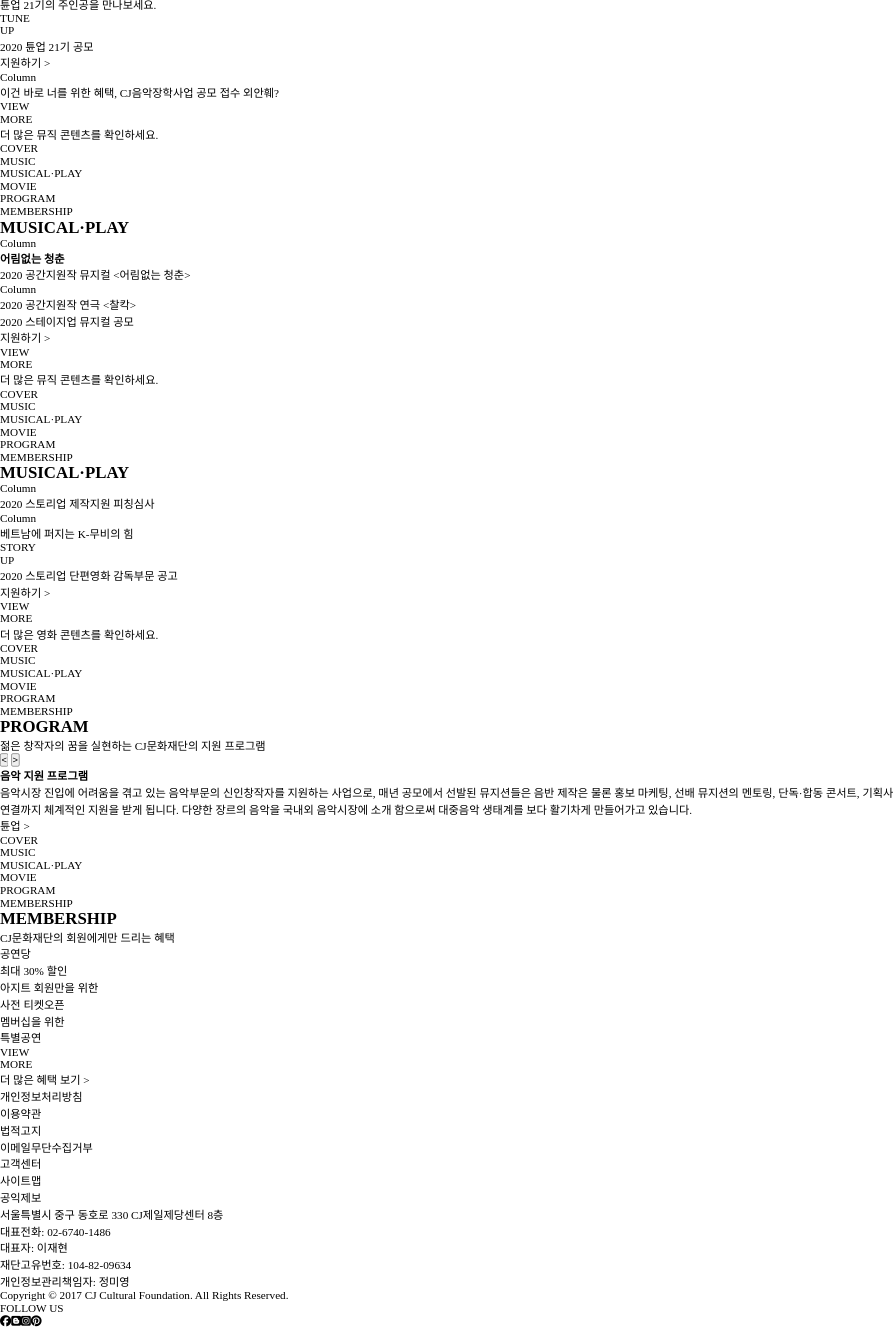
Repository: godcl1623/Tutorials
Page: 습작/CJazit/cjazit-index.html
An editor plug-in stored every save of this project. The page is shown before and after the next save, followed by the edit.
The browser window is 1280 px wide. The pictures show the part of the page from y = 1003 to 2923 px (the page is 2899 px tall before and 2923 px after), at 70% of full size.
Some web libraries are served in a nearby version.

Above is the page before, as saved 2021-01-12 22:45:45.

### 습작/CJazit/cjazit-index.html
<!DOCTYPE html>
<html lang="kr">
<head>
  <meta charset="UTF-8">
  <meta name="viewport" content="width=device-width, initial-scale=1.0">
  <title>CJ문화재단</title>
  <link rel="stylesheet" href="cjazit-style.css">
  <script src="https://kit.fontawesome.com/126dba6a94.js" crossorigin="anonymous"></script>
</head>
<body>
  <nav>
    <div class="logo-place"></div>
    <ul class="menu-main">
      <li>컬쳐플레이스
        <ul class="menu-sub">
          <li>음악</li>
          <li>뮤지컬, 연극</li>
          <li>영화</li>
        </ul>
      </li>
      <li>창작자 지원
        <ul class="menu-sub">
          <li>튠업</li>
          <li>스테이지업</li>
          <li>스토리업</li>
          <li>CJ음악장학사업</li>
          <li>한중청년꿈키움단편영화제</li>
          <li>유재하음악경연대회</li>
        </ul>
      </li>
      <li>CJ아지트
        <ul class="menu-sub">
          <li>CJ아지트 소개</li>
          <li>CJ아지트 광흥창</li>
          <li>CJ아지트 대학로</li>
          <li>공연 예매</li>
          <li>멤버십 혜택</li>
          <li>아지트 오시는 길</li>
        </ul>
      </li>
      <li>재단 소개
        <ul class="menu-sub">
          <li>CJ문화재단</li>
          <li>연혁</li>
          <li>소식</li>
          <li>이벤트</li>
        </ul>
      </li>
    </ul>
    <div class="utility">
      <div class="language">
        <span><p>KOR</p></span>
        <span><p>ENG</p></span>
      </div>
      <div class="utility-icons">
        <div><i class="far fa-user"></i></div>
        <div><i class="fas fa-ticket-alt"></i></div>
        <div><i class="fas fa-search"></i></div>
      </div>
    </div>
  </nav>
  <header>
    <ul class="sidebar">
      <li>COVER</li>
      <li>MUSIC</li>
      <li>MUSICAL·PLAY</li>
      <li>MOVIE</li>
      <li>PROGRAM</li>
      <li>MEMBERSHIP</li>
    </ul>
    <div class="main-image"></div>
    <div class="welcom-box">
      <h1>당신의 꿈을 믿습니다</h1>
      <p>CJ문화재단은 젊은 창작자의 문화꿈지기가 되어 건강한 문화 생태계를 만들어갑니다.</p>
      <button>CJ문화재단 소개</button>
    </div>
  </header>
  <article class="article1-music">
    <ul class="sidebar">
      <li>COVER</li>
      <li>MUSIC</li>
      <li>MUSICAL·PLAY</li>
      <li>MOVIE</li>
      <li>PROGRAM</li>
      <li>MEMBERSHIP</li>
    </ul>
    <div class="article-1-contents-wrapper">
      <h1>MUSIC</h1>
      <div class="article-1-images-wrapper">
        <div class="article-1-image-contents">
          <div class="article-1-image-commentary">
            <p>Column</p>
            <p>튠업 21기의 주인공을 만나보세요.</p>
          </div>
        </div>
        <div class="article-1-image-contents">
          <div class="article-1-image-commentary">
            <p>TUNE<br>UP</p>
            <p>2020 튠업 21기 공모</p>
            <p>지원하기 ></p>
          </div>
        </div>
        <div class="article-1-image-contents">
          <div class="article-1-image-commentary">
            <p>Column</p>
            <p>이건 바로 너를 위한 혜택, CJ음악장학사업 공모 접수 외안훼?</p>
          </div>
        </div>
        <div class="article-1-image-contents">
          <div class="article-1-image-commentary">
            <p>VIEW<br>MORE</p>
            <p>더 많은 뮤직 콘텐츠를 확인하세요.</p>
          </div>
        </div>
      </div>
    </div>
  </article>
  <article class="article2-musical-play">
    <ul class="sidebar">
      <li>COVER</li>
      <li>MUSIC</li>
      <li>MUSICAL·PLAY</li>
      <li>MOVIE</li>
      <li>PROGRAM</li>
      <li>MEMBERSHIP</li>
    </ul>
    <div class="article-2-contents-wrapper">
      <h1>MUSICAL·PLAY</h1>
      <div class="article-2-images-wrapper">
        <div class="article-2-image-contents">
          <div class="article-2-image-commentary">
            <p>Column</p>
            <h4>어림없는 청춘</h4>
            <p>2020 공간지원작 뮤지컬 &lt;어림없는 청춘&gt;</p>
          </div>
        </div>
        <div class="article-2-image-contents">
          <div class="article-2-image-commentary">
            <p>Column</p>
            <p>2020 공간지원작 연극 &lt;찰칵&gt;</p>
          </div>
        </div>
        <div class="article-2-image-contents">
          <div class="article-2-image-commentary">
            <p>2020 스테이지업 뮤지컬 공모</p>
            <p>지원하기 ></p>
          </div>
        </div>
        <div class="article-2-image-contents">
          <div class="article-2-image-commentary">
            <p>VIEW<br>MORE</p>
            <p>더 많은 뮤직 콘텐츠를 확인하세요.</p>
          </div>
        </div>
      </div>
    </div>
  </article>
  <article class="article-3-movie">
    <ul class="sidebar">
      <li>COVER</li>
      <li>MUSIC</li>
      <li>MUSICAL·PLAY</li>
      <li>MOVIE</li>
      <li>PROGRAM</li>
      <li>MEMBERSHIP</li>
    </ul>
    <div class="article-3-contents-wrapper">
      <h1>MUSICAL·PLAY</h1>
      <div class="article-3-images-wrapper">
        <div class="article-3-image-contents">
          <div class="article-3-image-commentary">
            <p>Column</p>
            <p>2020 스토리업 제작지원 피칭심사</p>
          </div>
        </div>
        <div class="article-3-image-contents">
          <div class="article-3-image-commentary">
            <p>Column</p>
            <p>베트남에 퍼지는 K-무비의 힘</p>
          </div>
        </div>
        <div class="article-3-image-contents">
          <div class="article-3-image-commentary">
            <p>STORY<br>UP</p>
            <p>2020 스토리업 단편영화 감독부문 공고</p>
            <p>지원하기 ></p>
          </div>
        </div>
        <div class="article-3-image-contents">
          <div class="article-3-image-commentary">
            <p>VIEW<br>MORE</p>
            <p>더 많은 영화 콘텐츠를 확인하세요.</p>
          </div>
        </div>
      </div>
    </div>
  </article>
  <article class="article-4-program">
    <ul class="sidebar">
      <li>COVER</li>
      <li>MUSIC</li>
      <li>MUSICAL·PLAY</li>
      <li>MOVIE</li>
      <li>PROGRAM</li>
      <li>MEMBERSHIP</li>
    </ul>
    <div class="article-4-contents-wrapper">
      <div class="article-4-summary">
        <h1>PROGRAM</h1>
        <p>젊은 창작자의 꿈을 실현하는 CJ문화재단의 지원 프로그램</p>
      </div>
      <div class="article-4-contents-specific">
        <div class="button-box">
          <button class="previous">&lt;</button>
          <button class="next">&gt;</button>
        </div>
        <div class="article-4-text-box">
          <div class="article-4-text-box-specific">
            <div class="article-4-program-icon"></div>
            <div class="article-4-program-specific">
              <h4>음악 지원 프로그램</h4>
              <p>음악시장 진입에 어려움을 겪고 있는 음악부문의 신인창작자를 지원하는 사업으로, 매년 공모에서 선발된 뮤지션들은 음반 제작은 물론 홍보 마케팅, 선배 뮤지션의 멘토링, 단독·합동 콘서트, 기획사 연결까지 체계적인 지원을 받게 됩니다. 다양한 장르의 음악을 국내외 음악시장에 소개 함으로써 대중음악 생태계를 보다 활기차게 만들어가고 있습니다.</p>
            </div>
          </div>
          <p>튠업 ></p>
        </div>
      </div>
    </div>
  </article>
  <article class="article-5-membership">
    <ul class="sidebar">
      <li>COVER</li>
      <li>MUSIC</li>
      <li>MUSICAL·PLAY</li>
      <li>MOVIE</li>
      <li>PROGRAM</li>
      <li>MEMBERSHIP</li>
    </ul>
    <div class="article-5-contents-wrapper">
      <div class="article-5-summary">
        <h1>MEMBERSHIP</h1>
        <p>CJ문화재단의 회원에게만 드리는 혜택</p>
      </div>
      <div class="article-5-images-wrapper">
        <div class="article-5-image-contents">
          <div class="article-5-image-commentary">
            <p>공연당<br>최대 30% 할인</p>
          </div>
        </div>
        <div class="article-5-image-contents">
          <div class="article-5-image-commentary">
            <p>아지트 회원만을 위한<br>사전 티켓오픈</p>
          </div>
        </div>
        <div class="article-5-image-contents">
          <div class="article-5-image-commentary">
            <p>멤버십을 위한<br>특별공연</p>
          </div>
        </div>
        <div class="article-5-image-contents">
          <div class="article-5-image-commentary">
            <p>VIEW<br>MORE</p>
            <p>더 많은 혜택 보기 ></p>
          </div>
        </div>
      </div>
    </div>
  </article>
  <footer>
    <div class="sitemap">
      <p>개인정보처리방침</p>
      <p>이용약관</p>
      <p>법적고지</p>
      <p>이메일무단수집거부</p>
      <p>고객센터</p>
      <p>사이트맵</p>
      <p>공익제보</p>
    </div>
    <div class="company-info">
      <div>
        <p>서울특별시 중구 동호로 330 CJ제일제당센터 8층</p>
        <p>대표전화: 02-6740-1486</p>
      </div>
      <div>
        <p>대표자: 이재현</p>
        <p>재단고유번호: 104-82-09634</p>
        <p>개인정보관리책임자: 정미영</p>
      </div>
      <div>
        <p>Copyright © 2017 CJ Cultural Foundation. All Rights Reserved.</p>
      </div>
    </div>
    <div class="sns-follow">
      <p>FOLLOW US</p>
      <div><i class="fab fa-facebook"></i><i class="fab fa-blogger"></i><i class="fab fa-instagram-square"></i><i class="fab fa-pinterest"></i></div>
    </div>
  </footer>
</body>
</html>

### 습작/CJazit/cjazit-style.css
* {
  margin: 0;
  padding: 0;
}

ul,
ol,
li {
  list-style: none;
}

After the next save:
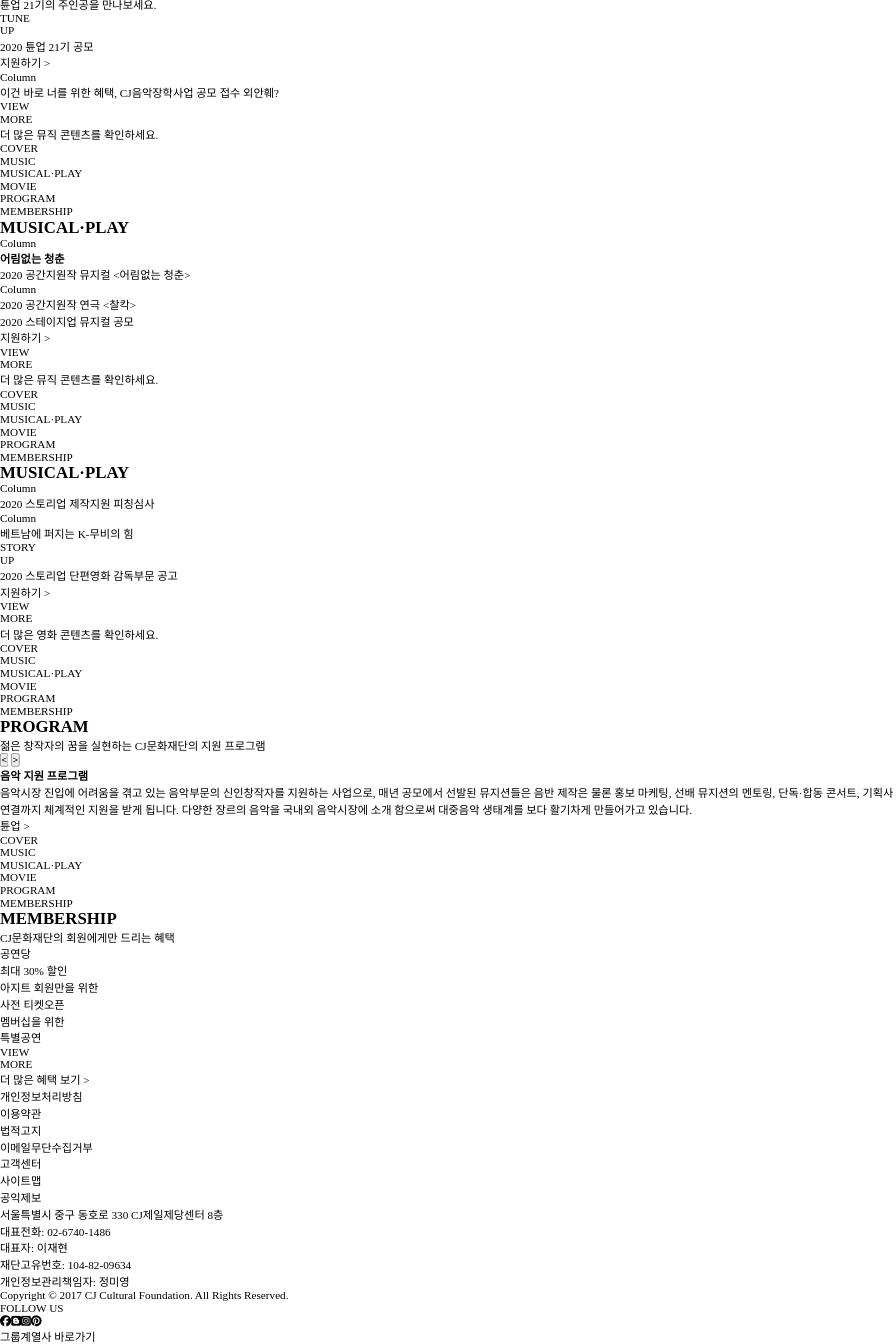
Saved 2 min 46 s later.
--- a/습작/CJazit/cjazit-index.html
+++ b/습작/CJazit/cjazit-index.html
@@ -294,6 +294,10 @@
       <p>FOLLOW US</p>
       <div><i class="fab fa-facebook"></i><i class="fab fa-blogger"></i><i class="fab fa-instagram-square"></i><i class="fab fa-pinterest"></i></div>
     </div>
+    <div class="group-shortcut">
+      <p>그룹계열사 바로가기</p>
+      <div class="help-icon"></div>
+    </div>
   </footer>
 </body>
 </html>
